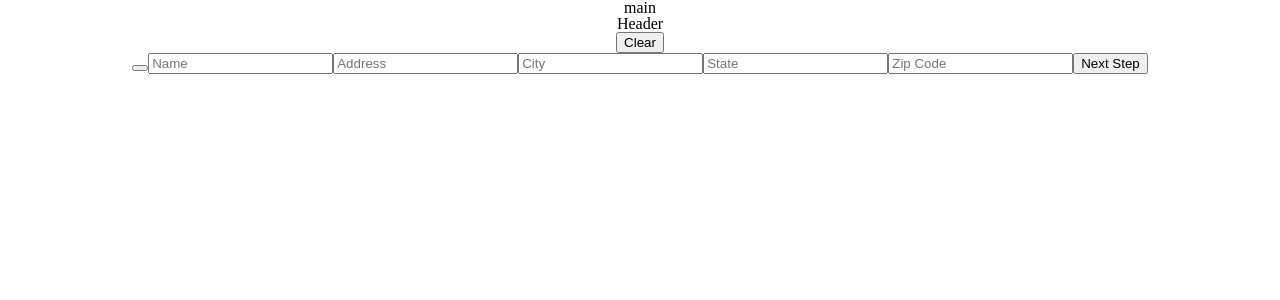
Repository: ooter37/houser
Page: /#/wizard
The author's editor kept a copy of each file at every save. The page is drawn from the files as they stood at one save, then again after the next save.
The browser window is 1280 px wide. The pictures show the whole page.
The project was rebuilt for these pictures with package versions that can differ from the ones it lists, and the page was loaded fresh each time. Also part of the build but not shown: src/Components/Wizard/Steps/StepTwo.js, src/Components/Wizard/Steps/StepThree.js, src/Components/House/House.js, src/Components/Dashboard/Dashboard.js.

Above is the page before, as saved 2020-04-10 16:25:33.

### src/App.js
import './App.css';
import './reset.css'
import React from 'react';
import { HashRouter } from 'react-router-dom'
import routes from './routes'

import Header from './Components/Header/Header'

function App() {
  return (
    <HashRouter>

    <div className="App">
      main
      <Header />
      {routes}

    </div>
    </HashRouter>
  );
}

export default App;

### src/routes.js
import React from 'react'
import {Switch, Route} from 'react-router-dom'

import Wizard from './Components/Wizard/Wizard'
import Dashboard from './Components/Dashboard/Dashboard'
import StepOne from '../src/Components/Wizard/Steps/StepOne'
import StepTwo from '../src/Components/Wizard/Steps/StepTwo'
import StepThree from '../src/Components/Wizard/Steps/StepThree'

export default (
    <Switch>
        <Route exact path='/' component={Dashboard}/>
        <Route exact path='/wizard' component={Wizard}/>
        <Route exact path='/wizard/step1' component={StepOne}/>
        <Route exact path='/wizard/step2' component={StepTwo}/>
        <Route exact path='/wizard/step3' component={StepThree}/>
    </Switch>
)

### src/Components/Header/Header.js
import React from 'react'

export default class Header extends React.Component {
    render() {
        return (
        <div>
            Header
        </div>
        )
    }
}

### src/Components/Wizard/Wizard.js
import React from "react";
import { Link, Route, Switch } from "react-router-dom"
import store, {CLEAR} from '../../store'

import StepOne from './Steps/StepOne'
import StepTwo from './Steps/StepTwo'
import StepThree from './Steps/StepThree'


export default class Wizard extends React.Component {

  clear() {
    store.dispatch({
      type: CLEAR
    })
  }

  render() {
    return (
      <div>
        <Link to="/">
          <button onClick={() => this.clear()}>Clear</button>
        </Link>
        <StepOne clearButton={this.clear}/>
<Switch>

          <Route path='/wizard/step1' component={StepOne}/>
          <Route path='/wizard/step2' component={StepTwo}/>
          <Route path='/wizard/step3' component={StepThree}/>
</Switch>

      </div>
    );
  }
}

### src/Components/Wizard/Steps/StepOne.js
import React from "react";
import { Link } from "react-router-dom";
import store, { STEP_ONE } from "../../../store";

export default class StepOne extends React.Component {
  constructor(props) {
    super(props);
    const reduxState = store.getState();
    this.state = {
      name: reduxState.name,
      address: reduxState.address,
      city: reduxState.city,
      state: reduxState.state,
      zip: reduxState.zip,
    };
    this.nextStep = this.nextStep.bind(this);
  }

  componentDidMount() {
    store.subscribe(() => {
      const reduxState = store.getState();
      this.setState({
        name: reduxState.name,
        address: reduxState.address,
        city: reduxState.city,
        state: reduxState.state,
        zip: reduxState.zip,
      });
    });
  }

  nameChangeHandler(e) {
    this.setState({
      name: e.target.value,
    });
  }
  addressChangeHandler(e) {
    this.setState({
      address: e.target.value,
    });
  }
  cityChangeHandler(e) {
    this.setState({
      city: e.target.value,
    });
  }
  stateChangeHandler(e) {
    this.setState({
      state: e.target.value,
    });
  }
  zipChangeHandler(e) {
    this.setState({
      zip: e.target.value,
    });
  }

  nextStep() {
    store.dispatch({
      type: STEP_ONE,
      payload: this.state,
    });
  }

  render() {
    return (
      <div>
          <button onClick={this.props.clearButton}>

          </button>
        <input
          name="house-name"
          type="text"
          value={this.state.name}
          onChange={(e) => this.nameChangeHandler(e)}
          placeholder="Name"
        />

        <input
          name="address"
          type="text"
          value={this.state.address}
          onChange={(e) => this.addressChangeHandler(e)}
          placeholder="Address"
        />

        <input
          name="city"
          type="text"
          value={this.state.city}
          onChange={(e) => this.cityChangeHandler(e)}
          placeholder="City"
        />

        <input
          name="state"
          type="text"
          value={this.state.state}
          onChange={(e) => this.stateChangeHandler(e)}
          placeholder="State"
        />

        <input
          name="zip"
          type="text"
          value={this.state.zip}
          onChange={(e) => this.zipChangeHandler(e)}
          placeholder="Zip Code"
        />
        <Link to="/wizard/step2">
          <button
            onClick={() => {
              this.nextStep();
              const reduxState = store.getState();
              console.log(reduxState);
            }}
          >
            Next Step
          </button>
        </Link>
      </div>
    );
  }
}

### src/store.js
import { createStore } from "redux";

const initialState = {
  name: "",
  address: "",
  city: "",
  state: "",
  zip: "",
  img: "",
  mortgage: "",
  rent: "",
};

export const STEP_ONE = "STEP_ONE";
export const STEP_TWO = "STEP_TWO";
export const STEP_THREE = "STEP_THREE";
export const CLEAR = "CLEAR";

function reducer(state = initialState, action) {
  switch (action.type) {
    case STEP_ONE:
      return {
        name: action.payload.name,
        address: action.payload.address,
        city: action.payload.city,
        state: action.payload.state,
        zip: action.payload.zip,
      };
    case STEP_TWO:
      return {
        ...state,
        img: action.payload.img,
      };
    case STEP_THREE:
      return {
        ...state,
        mortgage: action.payload.mortgage,
        rent: action.payload.rent,
      };
    case CLEAR:
      return {
        name: "",
        address: "",
        city: "",
        state: "",
        img: "",
        mortgage: "",
        rent: "",
      };
    default:
      return state;
  }
}

export default createStore(reducer);

Loaded but not shown: public/index.html (common file); src/index.js (common file); src/index.css (common file); src/serviceWorker.js (common file); src/App.css (common file); src/reset.css (common file)

After the next save:
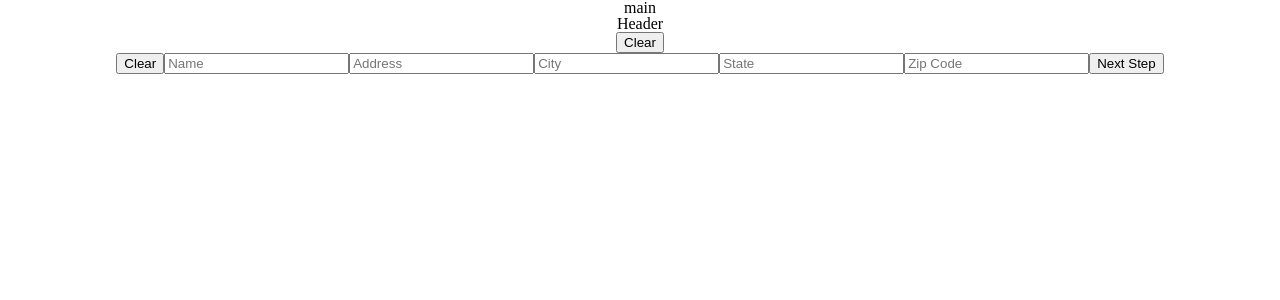
Saved 12 s later.
--- a/src/Components/Wizard/Steps/StepOne.js
+++ b/src/Components/Wizard/Steps/StepOne.js
@@ -66,7 +66,7 @@ export default class StepOne extends React.Component {
     return (
       <div>
           <button onClick={this.props.clearButton}>
-
+            Clear
           </button>
         <input
           name="house-name"
